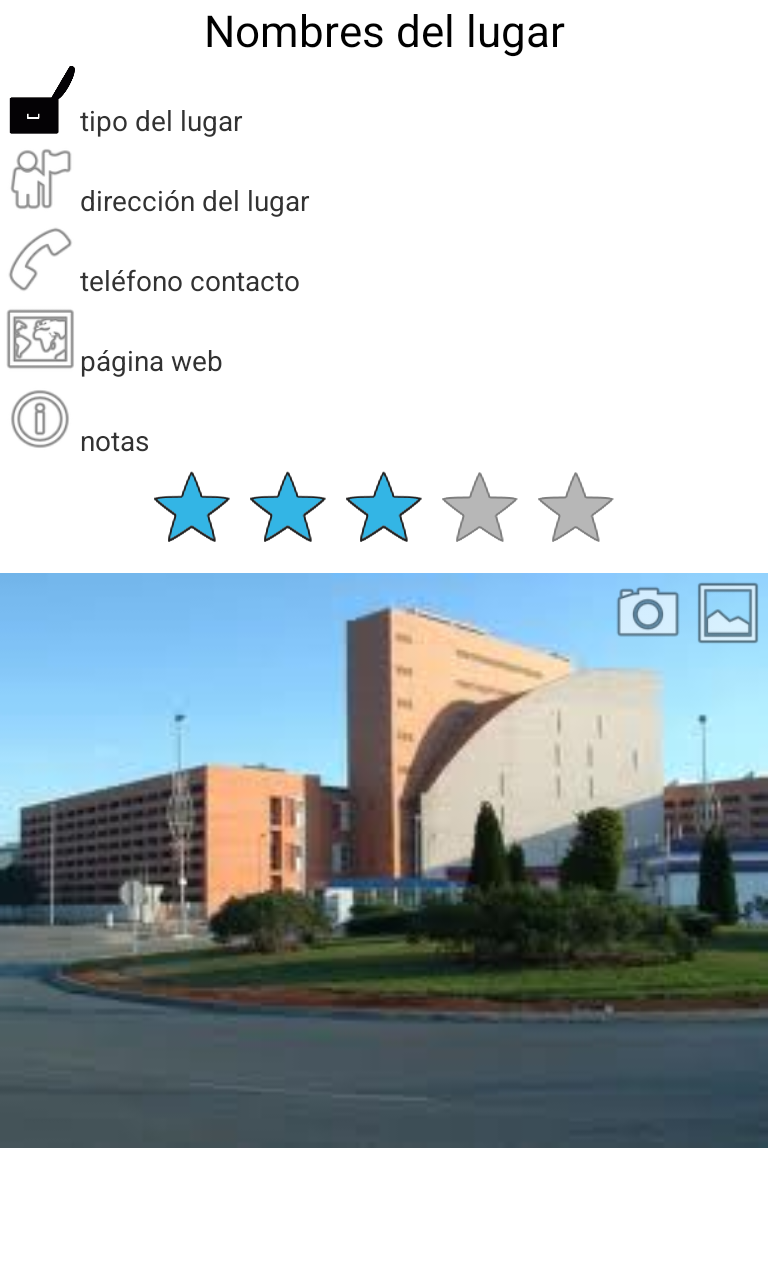
Repository: sayantjm/CursoAndroid
Layout: MisLugares/res/layout/vista_lugar.xml
The author's editor kept a copy of each file at every save. The layout is drawn from the files as they stood at one save, then again after the next save.
It is drawn on a 768 x 1280 px phone screen (xhdpi) without system bars, with theme AppTheme; the app's code is not run.

Above is the layout before, as saved 2014-03-25 20:16:11.

### MisLugares/res/layout/vista_lugar.xml
<?xml version="1.0" encoding="utf-8"?>
<ScrollView xmlns:android="http://schemas.android.com/apk/res/android"
    android:id="@+id/scrollView1"
    android:layout_width="match_parent"
    android:layout_height="wrap_content" >

    <LinearLayout
        android:layout_width="match_parent"
        android:layout_height="wrap_content"
        android:orientation="vertical" >

        <TextView
            android:id="@+id/nombre"
            android:layout_width="match_parent"
            android:layout_height="wrap_content"
            android:layout_gravity="center_vertical"
            android:gravity="center"
            android:text="Nombres del lugar"
            android:textAppearance="?android:attr/textAppearanceLarge" />

        <LinearLayout
            android:layout_width="match_parent"
            android:layout_height="wrap_content"
            android:orientation="horizontal" >

            <ImageView
                android:id="@+id/logo_tipo"
                android:layout_width="40dp"
                android:layout_height="40dp"
                android:contentDescription="logo del tipo"
                android:src="@drawable/otros" />

            <TextView
                android:id="@+id/tipo"
                android:layout_width="match_parent"
                android:layout_height="wrap_content"
                android:layout_gravity="bottom"
                android:text="tipo del lugar" />
        </LinearLayout>

        <LinearLayout
            android:layout_width="match_parent"
            android:layout_height="wrap_content"
            android:orientation="horizontal" >

            <ImageView
                android:id="@+id/logo_direccion"
                android:layout_width="40dp"
                android:layout_height="40dp"
                android:contentDescription="logo de la direccion"
                android:src="@android:drawable/ic_menu_myplaces" />

            <TextView
                android:id="@+id/direccion"
                android:layout_width="match_parent"
                android:layout_height="wrap_content"
                android:layout_gravity="bottom"
                android:text="dirección del lugar" />
        </LinearLayout>

        <LinearLayout
            android:layout_width="match_parent"
            android:layout_height="wrap_content"
            android:orientation="horizontal" >

            <ImageView
                android:id="@+id/logo_telefono"
                android:layout_width="40dp"
                android:layout_height="40dp"
                android:contentDescription="logo del telefono"
                android:src="@android:drawable/ic_menu_call" />

            <TextView
                android:id="@+id/telefono"
                android:layout_width="match_parent"
                android:layout_height="wrap_content"
                android:layout_gravity="bottom"
                android:text="teléfono contacto" />
        </LinearLayout>

        <LinearLayout
            android:layout_width="match_parent"
            android:layout_height="wrap_content"
            android:orientation="horizontal" >

            <ImageView
                android:id="@+id/logo_url"
                android:layout_width="40dp"
                android:layout_height="40dp"
                android:contentDescription="logo de la web"
                android:src="@android:drawable/ic_menu_mapmode" />

            <TextView
                android:id="@+id/url"
                android:layout_width="match_parent"
                android:layout_height="wrap_content"
                android:layout_gravity="bottom"
                android:text="página web" />
        </LinearLayout>

        <LinearLayout
            android:layout_width="match_parent"
            android:layout_height="wrap_content"
            android:orientation="horizontal" >

            <ImageView
                android:id="@+id/logo_comentario"
                android:layout_width="40dp"
                android:layout_height="40dp"
                android:contentDescription="logo del comentario"
                android:src="@android:drawable/ic_menu_info_details" />

            <TextView
                android:id="@+id/comentario"
                android:layout_width="match_parent"
                android:layout_height="wrap_content"
                android:layout_gravity="bottom"
                android:text="notas" />
        </LinearLayout>

        <RatingBar
            android:id="@+id/valoracion"
            android:layout_width="wrap_content"
            android:layout_height="wrap_content"
            android:layout_gravity="center_horizontal"
            android:layout_toRightOf="@+id/foto"
            android:rating="3" />

        <FrameLayout
            android:layout_width="match_parent"
            android:layout_height="wrap_content" >

            <ImageView
                android:id="@+id/foto"
                android:layout_width="match_parent"
                android:layout_height="wrap_content"
                android:adjustViewBounds="true"
                android:contentDescription="fotografía"
                android:src="@drawable/foto_epsg" />

            <LinearLayout
                android:layout_width="wrap_content"
                android:layout_height="wrap_content"
                android:layout_gravity="right" >

                <ImageView
                    android:layout_width="40dp"
                    android:layout_height="40dp"
                    android:contentDescription="logo camara"
                    android:src="@android:drawable/ic_menu_camera" />

                <ImageView
                    android:layout_width="40dp"
                    android:layout_height="40dp"
                    android:contentDescription="logo galeria"
                    android:src="@android:drawable/ic_menu_gallery" />
            </LinearLayout>
        </FrameLayout>
    </LinearLayout>

</ScrollView>

Loaded but not shown: MisLugares/res/values/styles.xml (common file); MisLugares/res/values-v11/styles.xml (common file); MisLugares/res/values-v14/styles.xml (common file)

After the next save:
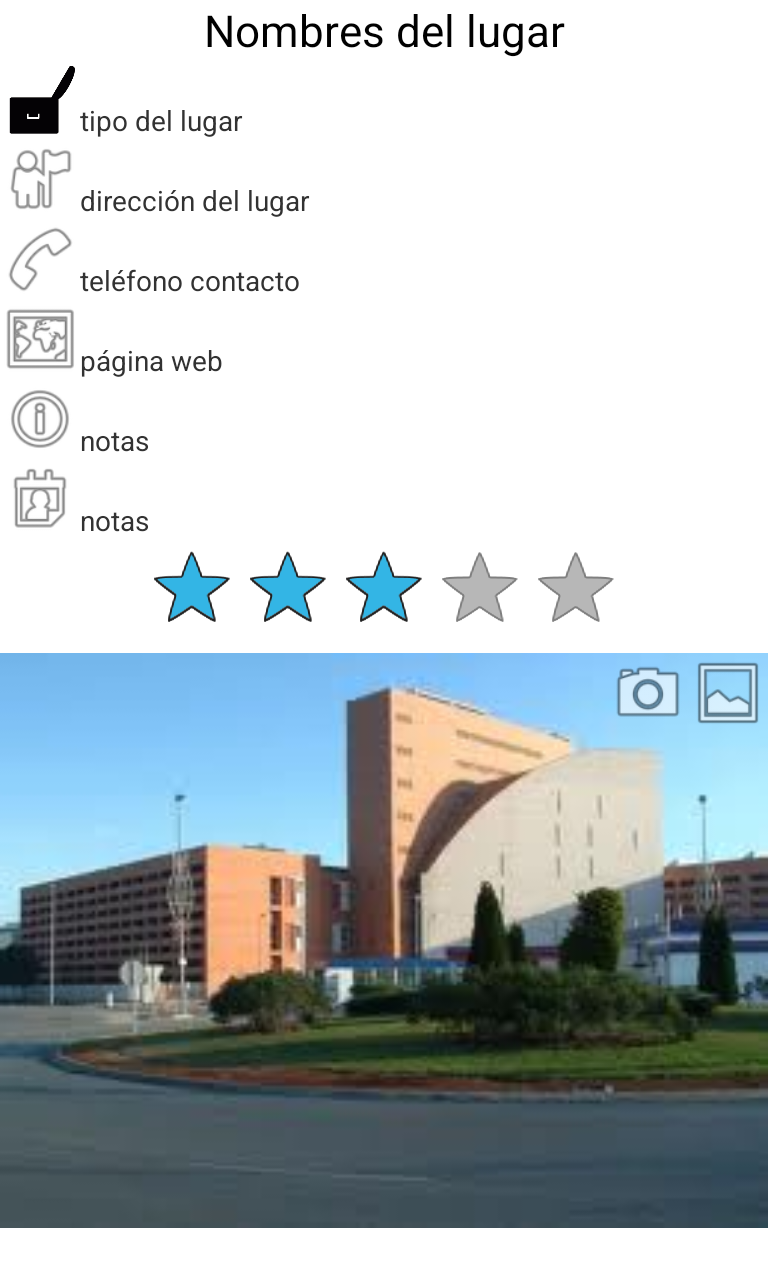
Saved 23 s later.
--- a/MisLugares/res/layout/vista_lugar.xml
+++ b/MisLugares/res/layout/vista_lugar.xml
@@ -117,6 +117,25 @@
                 android:layout_gravity="bottom"
                 android:text="notas" />
         </LinearLayout>
+        <LinearLayout
+            android:layout_width="match_parent"
+            android:layout_height="wrap_content"
+            android:orientation="horizontal" >
+
+            <ImageView
+                android:id="@+id/logo_calendario"
+                android:layout_width="40dp"
+                android:layout_height="40dp"
+                android:contentDescription="logo del calendario"
+                android:src="@android:drawable/ic_menu_my_calendar" />
+
+            <TextView
+                android:id="@+id/comentario"
+                android:layout_width="match_parent"
+                android:layout_height="wrap_content"
+                android:layout_gravity="bottom"
+                android:text="notas" />
+        </LinearLayout>
 
         <RatingBar
             android:id="@+id/valoracion"
